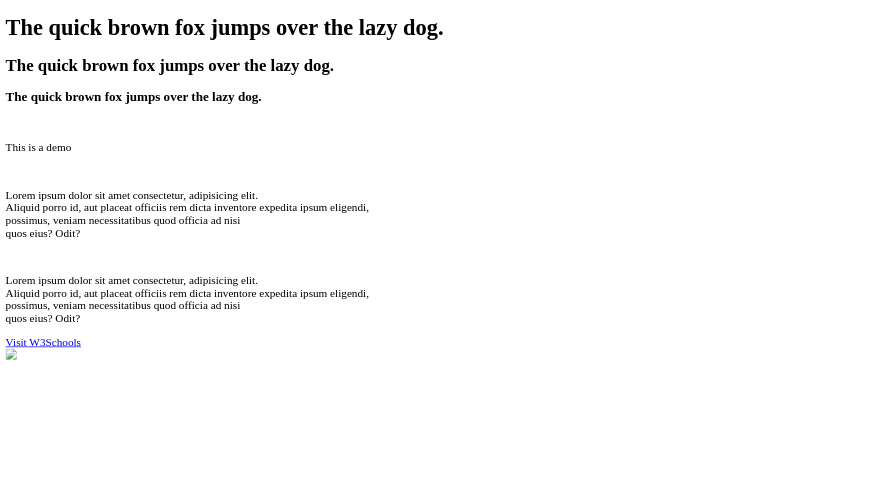
Repository: PhilipMuturi/website
Page: website/index.html
An editor plug-in stored every save of this project. The page is shown before and after the next save, followed by the edit.
The browser window is 1280 px wide. The pictures show the whole page, at 70% of full size.

Above is the page before, as saved 2023-11-29 13:04:33.
Not found: website/img_Jackie.jpg

### website/index.html
<!DOCTYPE html>
<html>
    <head>
        <meta charset="utf-8">
        <meta name="description" content="This is my first website">
        <meta name="author" content="Philip Muturi">
        <meta name="keywords" content="HTML, CSS">

        <meta name="viewport" content="width=device-width, initial-scale=1">

        <title>My first website</title>
    </head>
    <body>
        <h1>The quick brown fox jumps over the lazy dog.</h1>
        <h2>The quick brown fox jumps over the lazy dog.</h2>
        <h3>The quick brown fox jumps over the lazy dog.</h3>
        <br>
        <p>This is a demo</p>
        <br>
        <p>Lorem ipsum dolor sit amet consectetur, adipisicing elit.<br>
            Aliquid porro id, aut placeat officiis rem dicta inventore expedita ipsum eligendi,
            <br>possimus, veniam necessitatibus quod officia ad nisi
            <br>quos eius? Odit?</p>
            <br>
         <!--This is a comment: this one of the best websites!-->
        <p>Lorem ipsum dolor sit amet consectetur, adipisicing elit.<br>
             Aliquid porro id, aut placeat officiis rem dicta inventore expedita ipsum eligendi,
             <br>possimus, veniam necessitatibus quod officia ad nisi
             <br>quos eius? Odit?</p>

             <a href="https://www.w3schools.com">Visit W3Schools</a>
             <br>
             <img src="img_Jackie.jpg">
    </body>
</html>

After the next save:
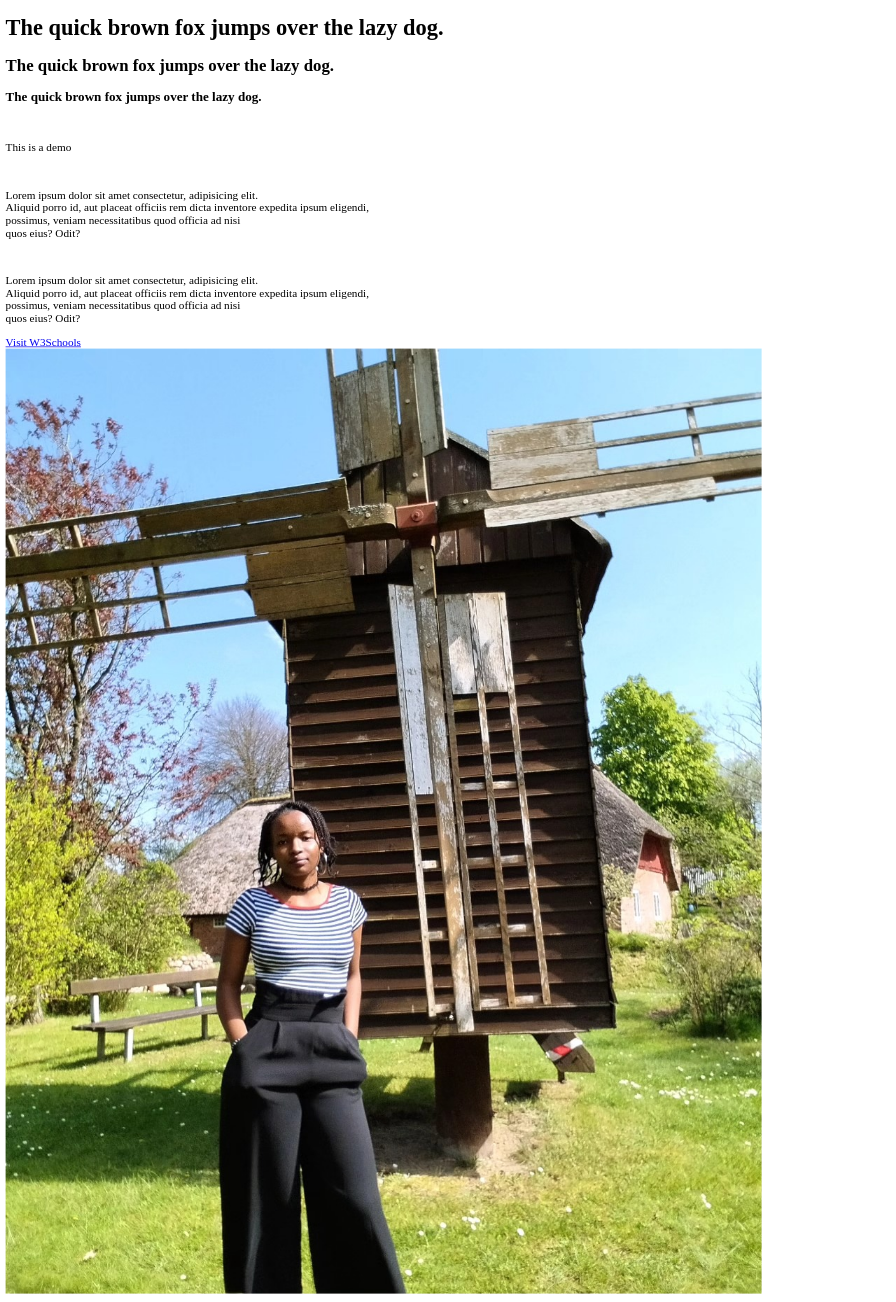
Saved 7 min 43 s later.
--- a/website/index.html
+++ b/website/index.html
@@ -30,6 +30,6 @@
 
              <a href="https://www.w3schools.com">Visit W3Schools</a>
              <br>
-             <img src="img_Jackie.jpg">
+             <img src="Jackie.jpg">
     </body>
 </html>
